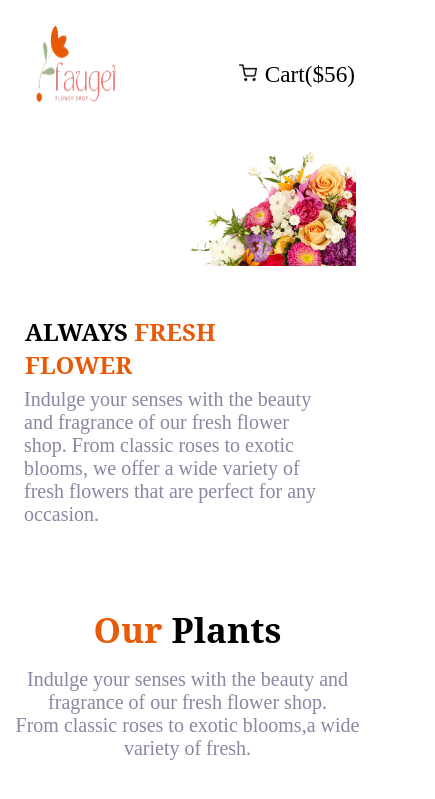
Repository: dollyrakhe22/Flowers-main-website
Page: index.html
The author's editor kept a copy of each file at every save. The page is drawn from the files as they stood at one save, then again after the next save.
The browser window is 375 px wide. The page is 435 px wide, so the pictures cover 435 px, including what lies to the right of the window. The pictures show the whole page.
Some web libraries are served in a nearby version.

Above is the page before, as saved 2025-07-25 12:06:42.

### index.html
<!DOCTYPE html>
<html lang="en">
<head>
    <meta charset="UTF-8">
    <meta name="viewport" content="width=device-width, initial-scale=1.0">
    <title>Flowers Site</title>
    <link rel="stylesheet" href="style.css">
    <link rel="stylesheet" href="https://cdnjs.cloudflare.com/ajax/libs/font-awesome/7.0.0/css/all.min.css" integrity="sha512-DxV+EoADOkOygM4IR9yXP8Sb2qwgidEmeqAEmDKIOfPRQZOWbXCzLC6vjbZyy0vPisbH2SyW27+ddLVCN+OMzQ==" crossorigin="anonymous" referrerpolicy="no-referrer" />
</head>
<body >
  <!--Header-Section -->
    <header>
           <nav class="nav-bar display-flex">
                <img src="assets/logo.png" alt="" srcset="">

                   <ul class="list-link display-flex ">

                <li class="list-item text-black ">Home</li>
                <li class="list-item text-gray">Shop</li>
                <li class="list-item text-gray">About us</li>
                <li class="shopping"><img src="assets/shopping-cart (1).jpg"id="shopping-card" alt="" srcset=""width="15px" height="15px">Cart($56)</li>
             </ul>
           </nav>
           </header>
   <main>
  <!--Fresh Flowers-->
   <!---->
 <section class="flower-section display-flex">
  <div class="fresh-flower">
   <h1 class="flower-title noto-serif-normal">ALWAYS <span class="primary-color">FRESH<br> FLOWER</span></h1>
   <p class="flower-description text-gray">Indulge your senses with the beauty and fragrance of our fresh flower shop. From classic roses to exotic blooms,
     we offer a wide variety of fresh flowers that are perfect for any occasion. </p>
  </div>
  <div class="flower-img">
    <img src="assets/hero-flower.png" alt="" srcset="">
  </div>

 </section>
 <!--Plants-->
<section class="plants-section" >

    <h1 class="plant-title noto-serif-normal"><span class="primary-color">Our</span> Plants</h1>
    <p class="plant-description text-gray">Indulge your senses with the beauty
      and fragrance  of our fresh flower shop. <span style="display: block;"> From classic roses to exotic blooms,a wide variety of fresh.</span>
     </p>
</section>
<!--Plant-Card-Container--
<section hidden>
<div class="card-container">
  <div class="plant-card">
    <img src="assets/sample-flower-image.png" alt="" srcset="">
    <h4 class="lily">Lilly Blossom</h4>
    <p class="price">20 USD</p>
    <button class="btn">ADD TO CART</button>
  </div>
  <div class="plant-card">
    <img src="assets/sample-flower-image.png" alt="" srcset="">
    <h3 class="lily">Lilly Blossom</h3>
    <p class="price">20 USD</p>
    <button class="btn">ADD TO CART</button>
  </div>
  <div class="plant-card">
    <img src="assets/sample-flower-image.png" alt="" srcset="">
    <h3 class="lily">Lilly Blossom</h3>
    <p class="price">20 USD</p>
    <button class="btn">ADD TO CART</button>
  </div>
  <div class="plant-card">
    <img src="assets/sample-flower-image.png" alt="" srcset="">
    <h3 class="lily">Lilly Blossom</h3>
    <p class="price">20 USD</p>
    <button class="btn">ADD TO CART</button>
  </div>

<div class="plant-card">
    <img src="assets/sample-flower-image.png" alt="" srcset="">
    <h3 class="lily">Lilly Blossom</h3>
    <p class="price">20 USD</p>
    <button class="btn">ADD TO CART</button>
  </div>
  <div class="plant-card">
    <img src="assets/sample-flower-image.png" alt="" srcset="">
    <h3 class="lily">Lilly Blossom</h3>
    <p class="price">20 USD</p>
    <button class="btn">ADD TO CART</button>
  </div>
  <div class="plant-card">
    <img src="assets/sample-flower-image.png" alt="" srcset="">
    <h3 class="lily">Lilly Blossom</h3>
    <p class="price">20 USD</p>
    <button class="btn">ADD TO CART</button>
  </div>
  <div class="plant-card">
    <img src="assets/sample-flower-image.png" alt="" srcset="">
    <h3 class="lily">Lilly Blossom</h3>
    <p class="price">20 USD</p>
    <button class="btn">ADD TO CART</button>
  </div>

</div>
</section hidden>
<!--Flowers-Lovers--
<section class="flower-plant display-flex">
  <div class="badge-container">
    <img id="badge" src="assets/trusted-badge.png" alt="" srcset="" >
    <img src="assets/flower-store.png" alt="" srcset="">
  </div>
  <div class="plan-about">
    <h1 class="lover-title noto-serif-normal">Flowers and Plant Lovers</h1>
    <ul class="lover-description">
      <li class="text-gray">Indulge your senses with the beauty and fragrance of our fresh flower shop.
         From classic roses to exotic blooms, we offer a wide variety of fresh.</li>
      <li class="text-gray">Indulge your senses with the beauty and fragrance of our fresh flower shop.
         From classic roses to exotic blooms, we offer a wide variety of fresh.</li>
      <li class="text-gray">Indulge your senses with the beauty and fragrance of our fresh flower shop.
         From classic roses to exotic blooms, we offer a wide variety of fresh.</li>
    </ul>
  </div>
</section>
<!--Latest-Deals--
<section class="latest-section"  hidden>

    <h1 class="latest-title noto-serif-normal"><span class="primary-color">Latest</span> Deals</h1>
    <p class="latest-description text-gray">Indulge your senses with the beauty
      and fragrance  of our fresh flower shop. <span style="display: block;"> From classic roses to exotic blooms,a wide variety of fresh.</span>
     </p>
</section>
<!--Latest-Deals-Box--
 <section class ="latest-box" hidden>
  <div class="row">
    <div class="card" style="background-image:url(assets/deal-bloom.png) " style="background:#C8C8C8;">
        <div class="bloom-text">
          <h4 class="bloom noto-serif-normal">60% Off | Bloom Plant</h4>
         <a href="shop" class="shop">Shop Now</a>

        </div>
      </div>
    <div class="card" style="background-image:url(assets/deal-ana.png)" >
        <div class="bloom-text">
          <h4 class="bloom noto-serif-normal">60% Off | Bloom Plant</h4>
         <a href="shop" class="shop">Shop Now</a>
        </div>

      </div>
  </div>

  <div class="zabo" style="background-image: url(assets/deal-zabo.png);">
  <div class="zabo-text">
    <h1 class="zabo-title noto-serif-normal">25% Off | Zabo Plant</h1>
    <a href="shop" class="zabo-shop">shop Now</a>

  </div>



</div>

 </section>
<!--Search-Section--
<section hidden>
  <div class="branch">

      <h1 class="branch-title noto-serif-normal">Join the colorful Bunch</h1>
       <div class="wrapper">
      <div class="input-data display-flex">
    <input type="text" name="" id="" placeholder="Write email">

    <button class="search-button">Subscribe</button>

      </div>
  </div>
  </div>
</section>

<!--Footer --
<div class="footer display-flex" hidden>
<div class="footer-section">
 <img src="assets/logo.png" alt="" srcset="">
 <p class="text-gray footer-description">Indulge your senses with the
  <br>beauty and fragrance of our fresh <br>flower shop. </p>
</div class="display-flex">


<div class="footer-list">
  <ul>
   <li class="footer-link text-gray" >Home</li>
   <li class="footer-link text-gray">About us</li>
   <li class="footer-link text-gray">Blog</li>
   <li class="footer-link text-gray">FAQ</li>
   <li class="footer-link text-gray">Contact Us</li>

  </ul>
</div>
<div class="footer-list display-flex icon-list">
<div class=" list">
  <ul>
    <li class="footer-link text-gray">Feature</li>
    <li class="footer-link text-gray">Pricing</li>
    <li class="footer-link text-gray">Privacy Of Policy</li>
    <li class="footer-link text-gray">Terms Of Service</li>
    <li class="footer-link text-gray">Help Center</li>
  </ul>

      <span class="social-icon">
      <img src="assets/icon-linkedin.png" alt="" srcset="" width="30px" height="30px" >
    <img src="assets/icon-twitter.png" alt="" srcset=""  width="30px" height="30px" >
    <img src="assets/icon-facebook.png" alt="" srcset="" width="30px" height="30px" >
    <img src="assets/icon-youtube.png" alt="" srcset="" width="30px" height="30px">
      </span>
  </div>
















</div>



    </main>
    <footer>

    </footer>
</body>
</html>

### style.css
@import url('https://fonts.googleapis.com/css2?family=Noto+Serif:ital,wght@0,100..900;1,100..900&display=swap');

*{
    box-sizing: border-box;
    margin: 0;
    padding: 0;
}

.noto-serif-normal{
  font-family: "Noto Serif", serif;
  font-optical-sizing: auto;
  font-style: normal;

}
/*shared style*/
.display-flex{
    display: flex;
}
/*black*/
.text-black{
    color:#252432;
    font-weight: bold;
}
/*dark 02*/
.text-gray{
    color: #8987A1;
}
.primary-color{
    color:#E95A08;
}
/*navbar start*/
.nav-bar{
   justify-content: space-between;
   margin: 20px auto;
   max-width: 1250px;


}
.list-link{
    justify-items: center;
    justify-content: center;
    align-items: center;



}
nav ul li{
    list-style: none;
    margin-right: 30px;
}
#shopping-card{
    margin-right: 8px;
}
/*Fresh Flower*/
.fresh-flower{
    margin-top: 70px;
}
.flower-section{
    max-width: 100%;
   margin: 140px;
   gap: 10px;
}
.flower-title{
      font-size: 3.75rem;
}
.flower-description{
    font-size: 1.25rem;
    margin-top: 20px;
}
/*Plants*/
.plants-section{
  justify-items: center;

}
.plant-title{
    font-size: 2.18rem;
    font-weight: 700;
}
.plant-description{
    font-size: 1.25rem;
    margin-top: 15px;
   text-align: center;

}
/*Plant-Card-Container*/
.card-container{
    max-width: 1150px;
    margin: 45px auto;
    display: grid;
    grid-template-columns: repeat(4,1fr);
    gap: 5px;
}
.plant-card {
    align-items: center;
    justify-items: center;
}
.lily{
    font-size: 1rem;
    font-weight:200;
    margin-top: 10px;
}
.price{
    font-size: 1.06rem;
    font-weight: bold;
    margin-top: 10px;
}
.btn{
   background-color: #E95A08;
   color:white;
   width: 270px;
   height: 33px;
   border: none;
   margin-top: 16px;
   margin-bottom: 12px;
}
/*Flowers and Lover*/
#badge{
    width: 240px;
    height:240px;
    margin-left: 443px;
    margin-bottom: -122px;
    position: relative;

}
.badge-container{
    margin-top: -147px;
}




.flower-plant{
   max-width: 100%;
    margin: 170px 160px ;
     width: 1250px;

}
.plan-about{
    margin-left: -5px;
    width: 300px;
    margin-right: 268px;
    justify-content: center;
    justify-items: center;


}


.flower-plant img{
    width: 590px;
    height: 450px;
}
.lover-title{
    font-size: 50px;
    width: 470px;
    margin-top: -12px;
    margin-left: 124px;
}
.lover-description{
    font-size: 1.25rem;
    margin-top: 30px;
    margin: 21px;
    width: 400px;
}
.lover-description{
     margin-left: 118px;
}
/*latest-Deals*/
.latest-section{
  justify-items: center;


}
.latest-title{
    font-size: 2.18rem;
    font-weight: 700;
    margin-top: -75px;
}
.latest-description{
    font-size: 1.25rem;
    margin-top: 15px;
   text-align: center;

}

/*Latest-Deals-Box*/
.bloom{
    color: white;
    font-size: 1.2rem;

}
   a{
     color:white;
     font-size: 0.8rem;

}
/*
.zabo-font{
    color:white;
    padding: 180px;
    margin-left: 43px;

}
*/
.zabo-title{
    color: white;
    font-size: 2.06rem;
    font-weight: 700;

}
.card{
   background-repeat: no-repeat;


}
.card {
    text-align: center;
    justify-items: center;
    width: 360px;
    height:163px;
    margin-bottom: 19px;
    margin-left: -105px;
    border-radius: 10px;

}
.zabo {
     background-repeat: no-repeat;
     width: 750px;
     height: 345px;
     margin-left: 20px;
     border-radius: 10px;
}


.row{
   display: grid;
 grid-template-columns: repeat(1,1fr);


}
.zabo-text {
    padding: 180px;
    margin-top:-42px;

}
.zabo-shop{
    font-size: 2rem;
    margin-left:105px;
    font-weight: 800;
}
.bloom-text{
   padding: 65px;
}
.shop{
    font-size: 1.3rem;
    margin-left:10px;
}
.latest-box{
    display: flex;
    margin: 50px 267px;
    width: 1140%;
}
/*Search Section*/
.branch{
    background-image: url(assets/news-letter-bg.png);
    margin-bottom: 50px;
    width: 1490px;
    height:398px;
    background-size: cover;
    text-align: center;
    padding: 170px;

}
.input-data{
   justify-content: center;
}

.branch-title{
    font-size: 2.18rem;
    color: white;
}
.wrapper{
    padding: 22px;

}
.input-data{
    height: 39px;
}
input{
    width: 540px;
}
.search-button{
    background-color:#E95A08;
    color: white;
    border: none;
    width: 130px;
}
/*Footer*/
.footer{
   max-width: 100%;
   margin-bottom: 50px;

}
.footer-section{
    margin: 6px 80px;

}
.footer-description{
    font-size: 1.25rem;
    margin-top: 20px;
}
.footer-list{
    margin: 60px;
    margin-left: 100px;
}
.icon-list{
    display: flex ;
    justify-content: center;

}
.list{
         display: inline-flex;
         gap: 10px;

         margin-left: 110px;
}
.social-icon{
    margin-left: 120px;
}
.footer-list ul li{
       list-style: none;
}
.footer-link{
    line-height: 40px;
    font-size: 1.125rem;
}
.social-icon img{
    margin-right: 25px;
}



/*Responsive media query*/
/*Mobile device */
@media screen and (max-width:576px){
    .nav-bar{
        max-width: 100%;
        margin: 24px auto;
        margin-left: 36px;
    }
    nav img{
        width:80px;
        height: 80px;
    }
   .list-link{
     flex-direction: column;
     align-items: center;
   }
   .list-item{
    display: none;
   }
   .shopping{
       font-size: 1.45rem;
        margin-top: 25px;
        margin-right: 20px;
   }
   li img{
    width: 18px;
    height: 18px;

   }
   li{
       margin-bottom: 5px;
       margin-top: 50px;
   }
  .flower-section {
       flex-direction: column-reverse;
       margin-top: 40px;

  }
  .flower-img img{
    width: 403px;
    margin-left: 20px;
    max-width: 206%;

  }
  .flower-title{
    font-size:1.50rem;
    margin: -35px  0px  -13px -115px;
  }
  .flower-description{
    margin-right: -101px;
    margin-left: -116px;
  }

/*Fresh Flower End*/

.plants-section{
    text-align: center;
    margin: -60px;
}
.plant-description{
    width: 400px;
}

}

After the next save:
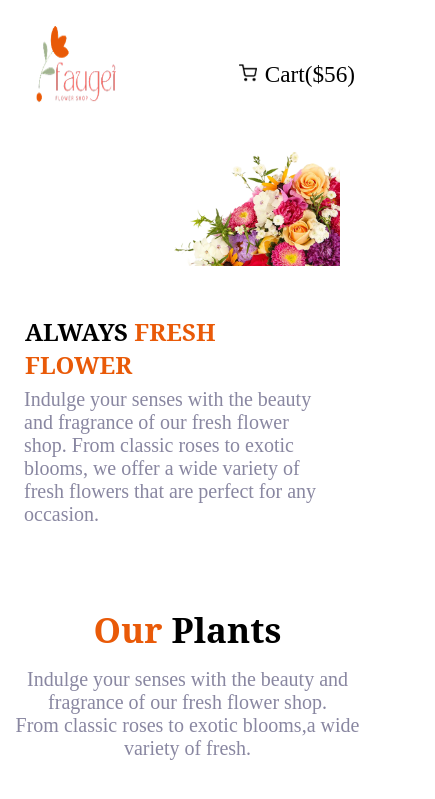
Saved 114 s later.
--- a/style.css
+++ b/style.css
@@ -380,7 +380,7 @@ input{
   }
   .flower-img img{
     width: 403px;
-    margin-left: 20px;
+    margin-left: 4px;
     max-width: 206%;
 
   }
